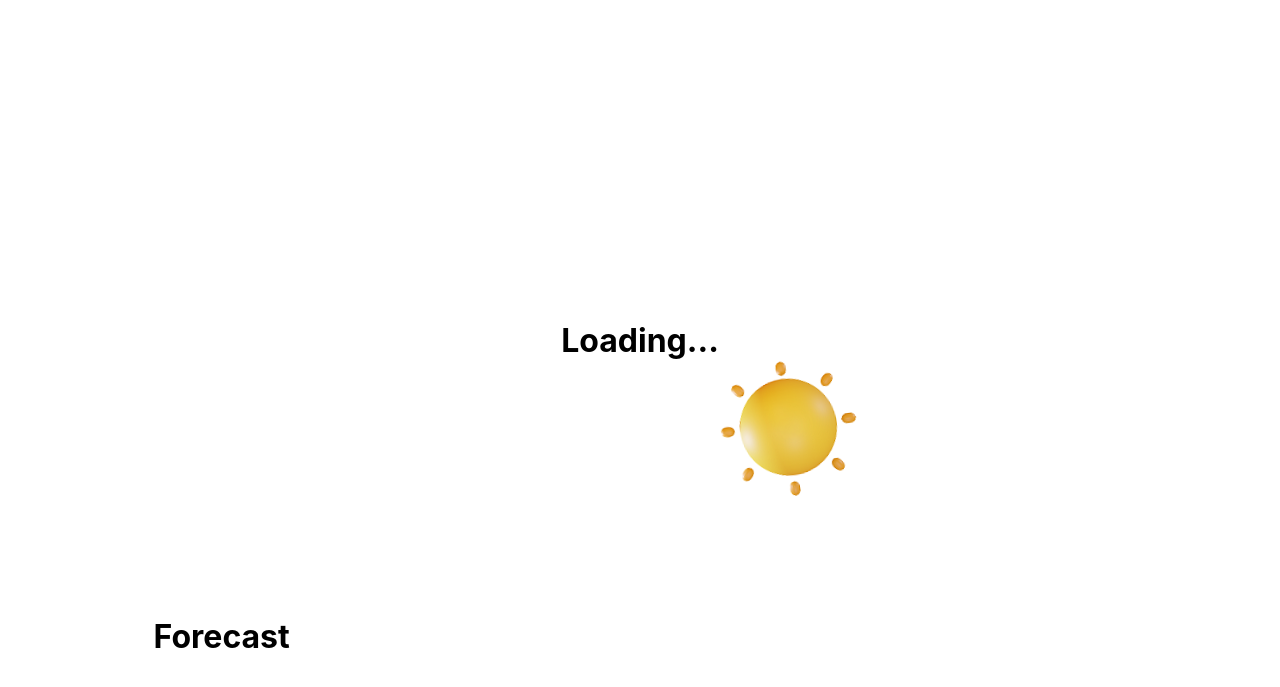
Repository: debthebuilder/bloom
Page: /
These files come from the project's save history. The page is drawn as it stood at one moment and after the next save; the edit follows.
The browser window is 1280 px wide. The pictures show the whole page.
The page's requests for data from a server got no answer. The project was rebuilt for these pictures with package versions that can differ from the ones it lists, and the page was loaded fresh each time. No one was signed in, and anything a server would have sent is missing. Also part of the build but not shown: src/components/Splash.js.

Above is the page before, as saved 2022-11-11 10:45:21.

After the next save:
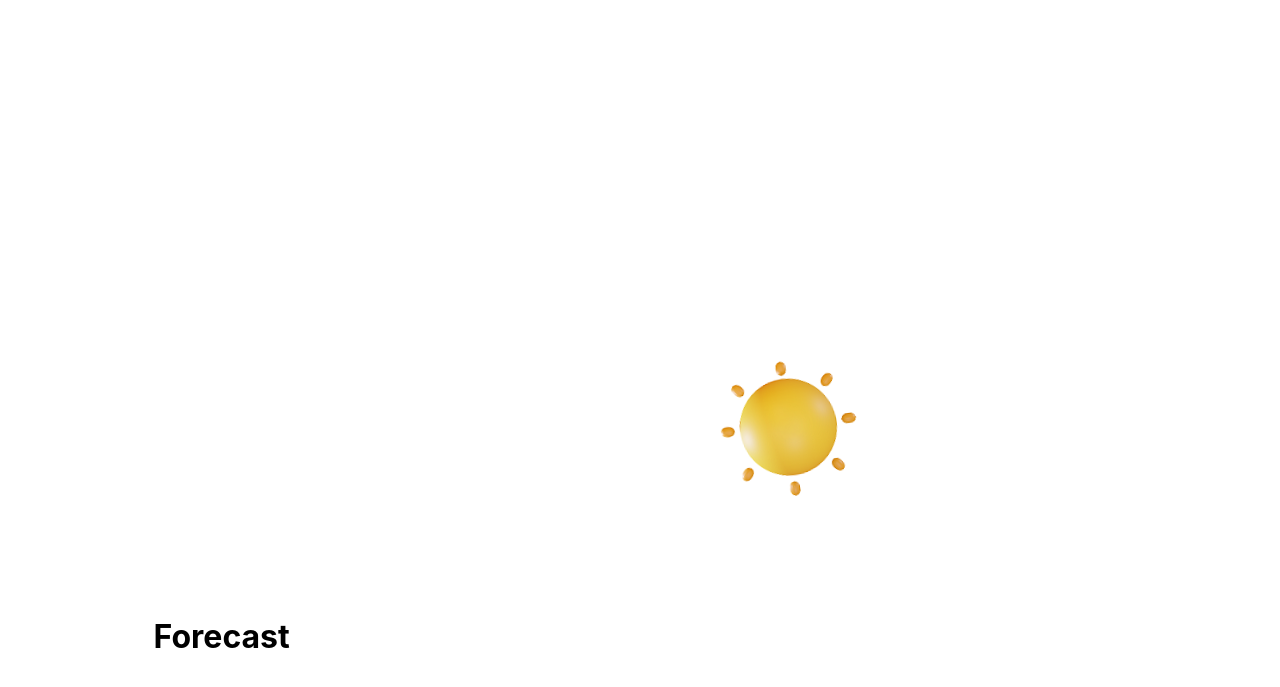
Saved 9 s later.
--- a/src/components/Loading.js
+++ b/src/components/Loading.js
@@ -1,7 +1,6 @@
 export const Loading = () => {
     return(
         <div className="app">
-            <h1 className="loading">Loading...</h1>
             <div class="arc">
             <div class="coin">
             </div>
